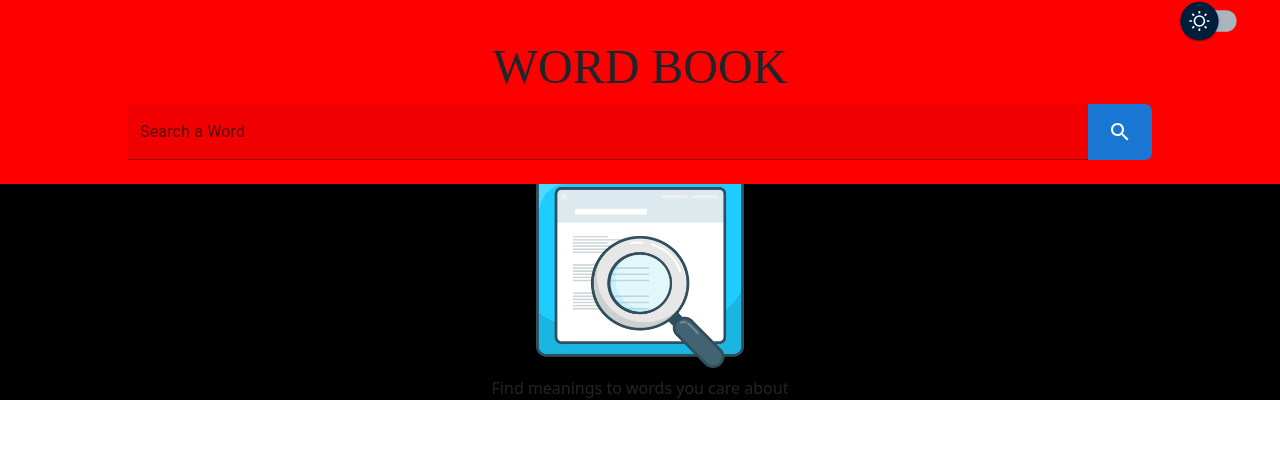
Repository: marveldev/my-dictionary
Page: /
These files come from the project's save history. The page is drawn as it stood at one moment and after the next save; the edit follows.
The browser window is 1280 px wide. The pictures show the whole page.
The project was rebuilt for these pictures with package versions that can differ from the ones it lists, and the page was loaded fresh each time. Also part of the build but not shown: src/components/themeSwitcher/MUISwitch.jsx.

Above is the page before, as saved 2022-05-22 16:33:47.

After the next save:
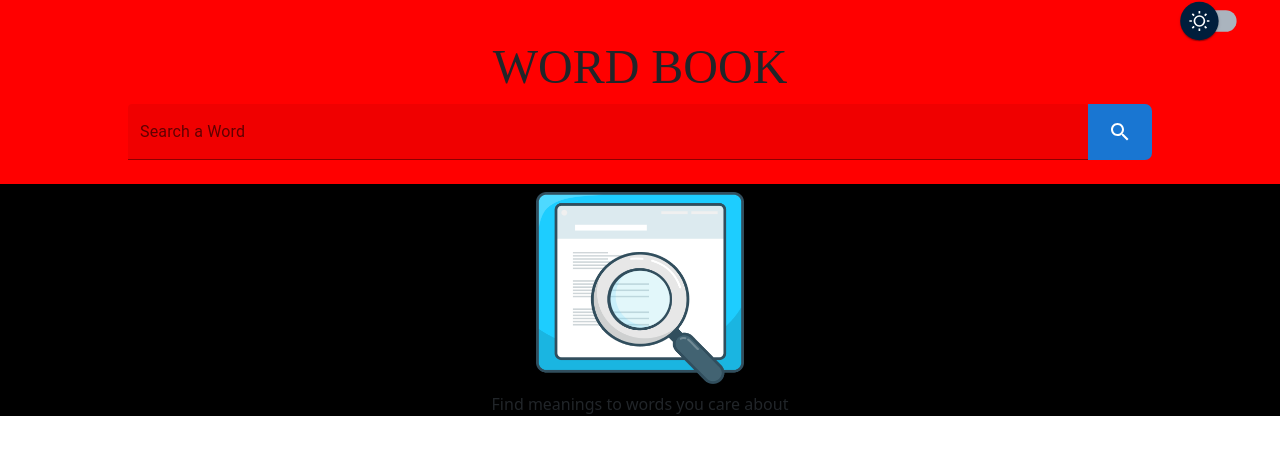
Saved 5 s later.
--- a/src/index.css
+++ b/src/index.css
@@ -30,7 +30,7 @@ h1 {
 }
 
 .output {
-  margin-top: 10.5em;
+  margin-top: 11.5em;
   background: #000;
 }
 
